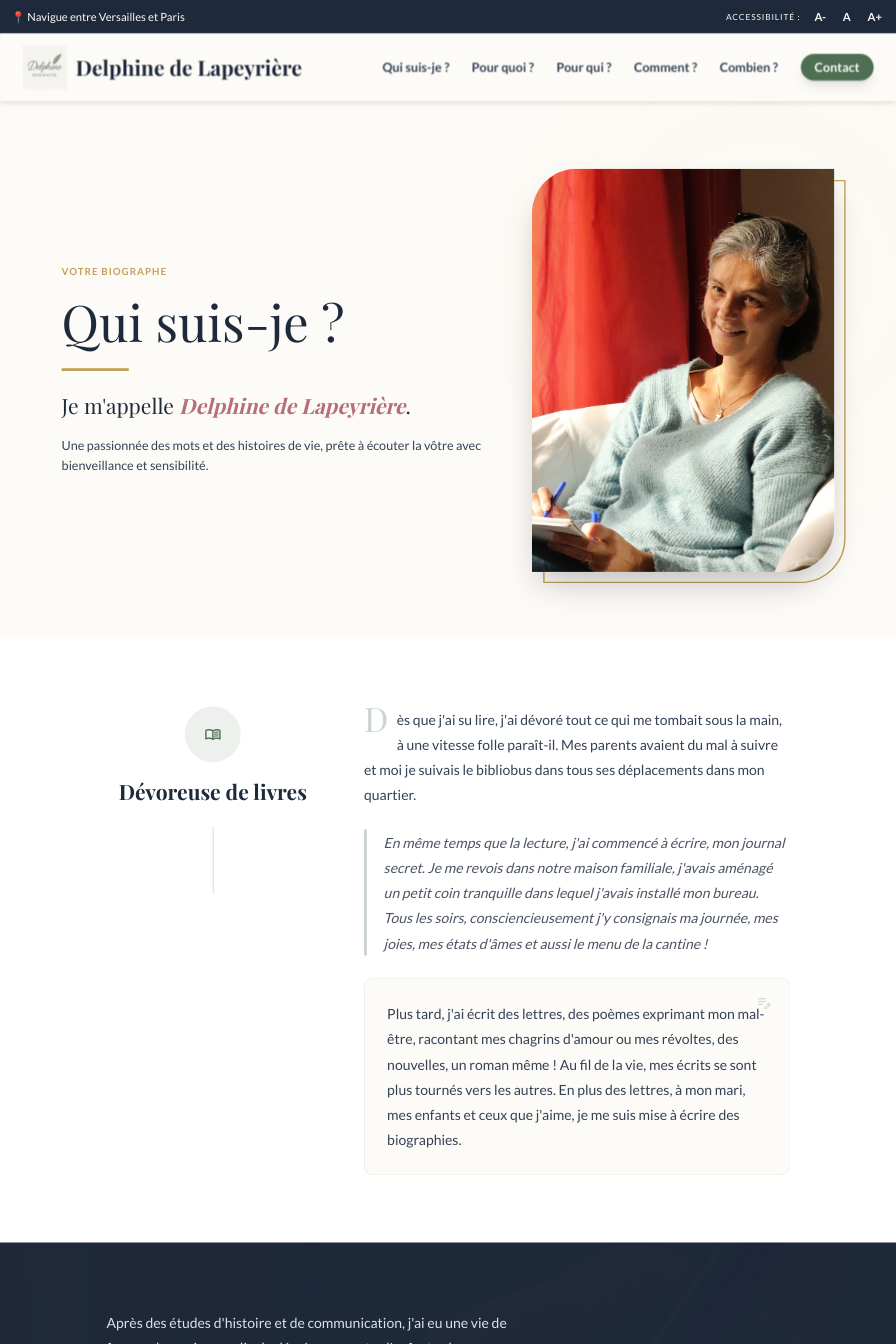
Repository: louisbdc/delphine-biographe
Page: /qui-suis-je
These files come from the project's save history. The page is drawn as it stood at one moment and after the next save; the edit follows.
The browser window is 1280 px wide. The pictures show the part of the page from y = 0 to 1920 px (the page is 4776 px tall before and 4700 px after), at 70% of full size.
Some web fonts or font styles are not loaded; a fallback is used. The project was rebuilt for these pictures with package versions that can differ from the ones it lists, and the page was loaded fresh each time. The framework's server and built-in components were replaced by stand-ins that run in the browser. Also part of the build but not shown: next.config.js.

Above is the page before, as saved 2026-01-07 16:51:53.

After the next save:
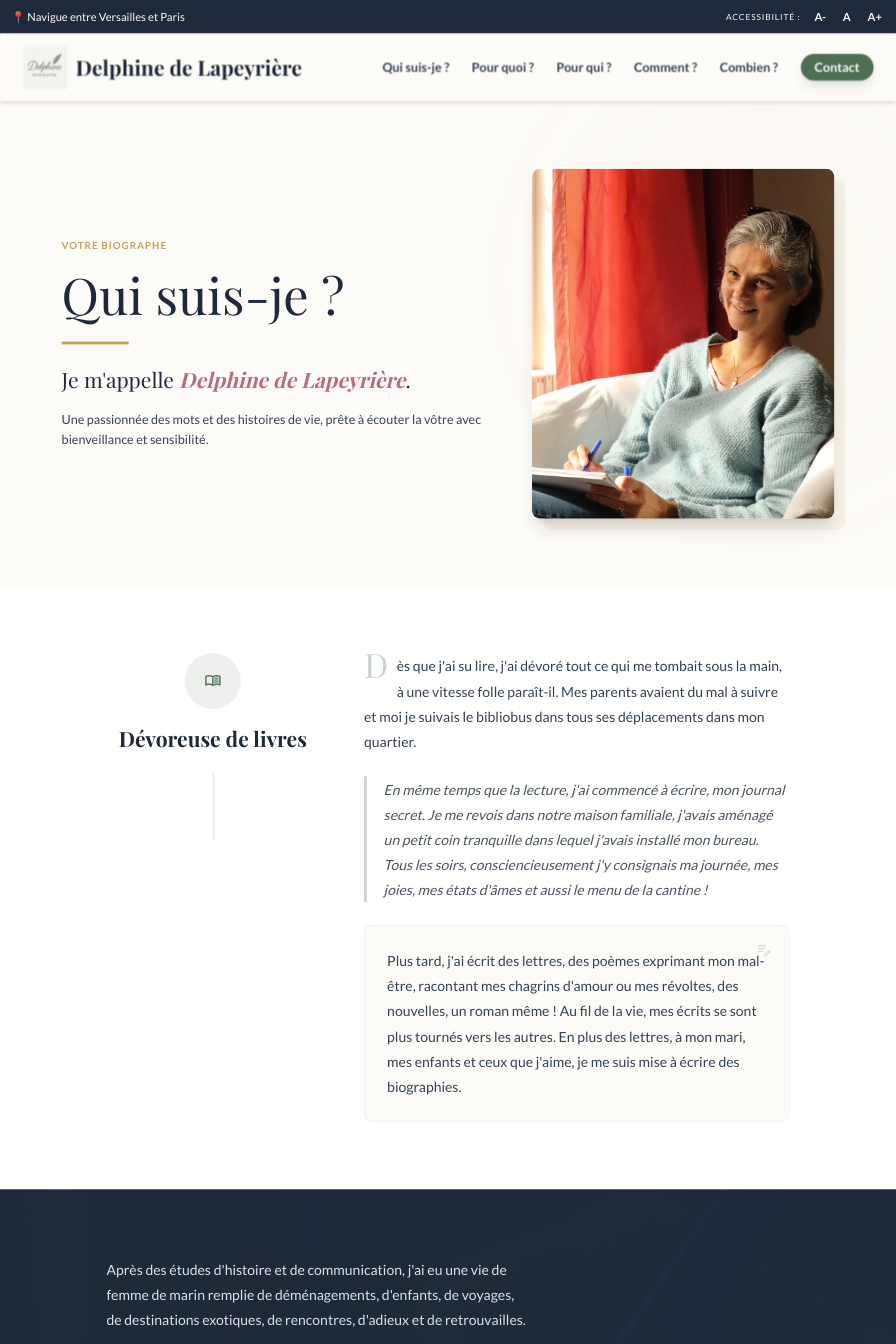
Saved 6 s later.
--- a/app/qui-suis-je/page.tsx
+++ b/app/qui-suis-je/page.tsx
@@ -32,19 +32,19 @@ export default function QuiSuisJe() {
               </p>
             </div>
 
-            {/* Colonne Image (5 cols) - Cadre Photo */}
+            {/* Colonne Image (5 cols) - Style Album photo unifié */}
             <div className="md:col-span-5 order-1 md:order-2 relative">
-                <div className="absolute inset-0 border-2 border-gold transform translate-x-4 translate-y-4 rounded-tl-[4rem] rounded-br-[4rem] z-0"></div>
-                <div className="relative z-10 rounded-tl-[4rem] rounded-br-[4rem] overflow-hidden shadow-2xl aspect-[3/4] bg-white">
-                  <Image
-                    src="/Delphine.jpg"
-                    alt="Delphine de Lapeyrière - Biographe familiale"
-                    fill
-                    className="object-cover object-left"
-                    style={{ objectPosition: 'right 25%' }}
-                    priority
-                  />
-                </div>
+              <div className="absolute inset-0 bg-gold/10 transform translate-x-4 translate-y-4 rounded-xl z-0"></div>
+              <div className="relative z-10 h-[500px] w-full rounded-xl overflow-hidden shadow-xl">
+                <Image
+                  src="/Delphine.jpg"
+                  alt="Delphine de Lapeyrière - Biographe familiale"
+                  fill
+                  className="object-cover object-left"
+                  style={{ objectPosition: 'right 25%' }}
+                  priority
+                />
+              </div>
             </div>
           </div>
         </div>
